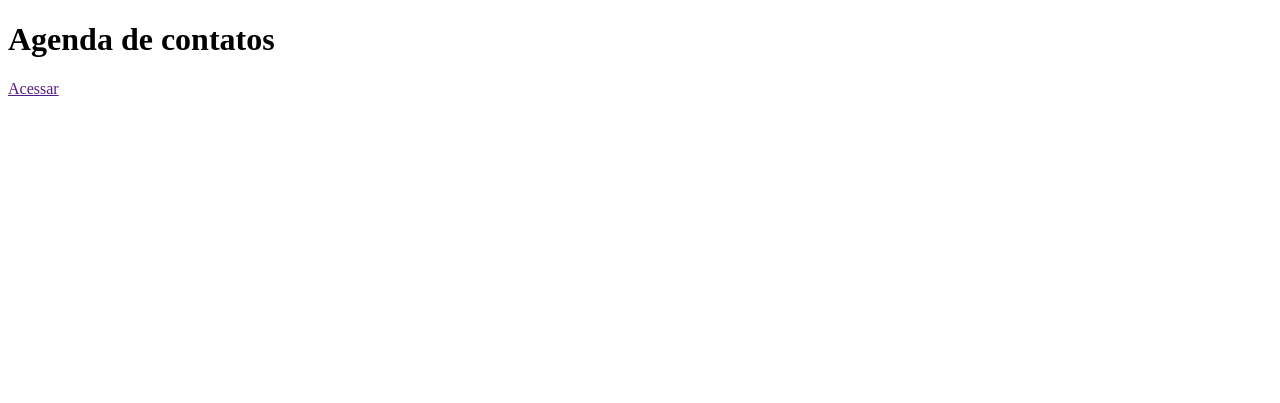
Repository: ricardolino-hub/agenda-dynamic-web-project
Page: http://localhost/Agenda/
An editor plug-in stored every save of this project. The page is shown before and after the next save, followed by the edit.
The browser window is 1280 px wide. The pictures show the whole page.
The page is served by Tomcat 9. Other server files are loaded and not shown.

Above is the page before, as saved 2023-08-25 22:35:24.

### Agenda/src/main/webapp/index.html

<!DOCTYPE html>
<html lang="pt-br">
<head>
<meta charset="UTF-8">
<title>Agenda de contatos</title>
<link rel="icon" href="images/telephone.png">
<link rel="stylesheet" href="style.css">
</head>
<body>
	<h1>Agenda de contatos</h1>
	<a href="">Acessar</a>
</body>
</html>

Loaded but not shown: Agenda/src/main/webapp/style.css (no copy from this time; the picture is the same without it)

After the next save:
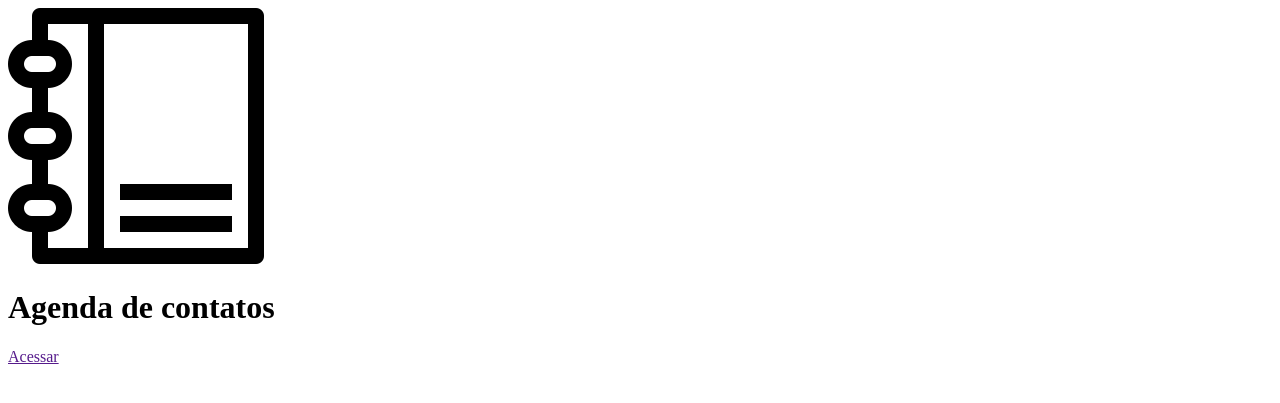
Saved 35 s later.
--- a/Agenda/src/main/webapp/index.html
+++ b/Agenda/src/main/webapp/index.html
@@ -8,6 +8,7 @@
 <link rel="stylesheet" href="style.css">
 </head>
 <body>
+	<img src="images/agenda.png">
 	<h1>Agenda de contatos</h1>
 	<a href="">Acessar</a>
 </body>
